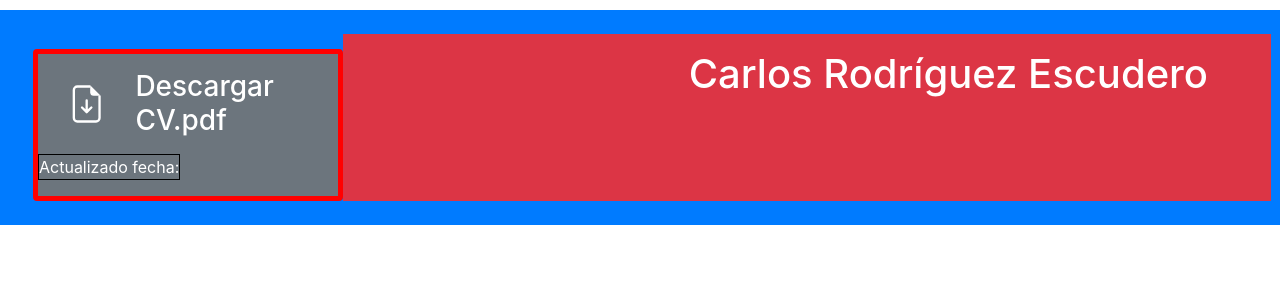
Repository: CarlosRoEs/CarlosWebCV
Page: index.html
These files come from the project's save history. The page is drawn as it stood at one moment and after a run of saves; the edit follows.
The browser window is 1280 px wide. The pictures show the whole page.
The style sheet was rebuilt from its Sass, Less or Tailwind sources for each picture, by a compiler version that may differ from the author's.

Above is the page before, as saved 2020-09-15 13:22:17.

After the next 3 saves:
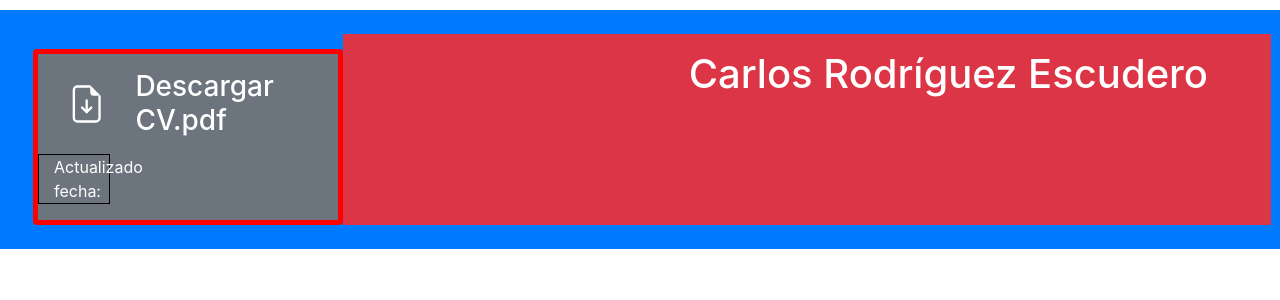
The 3 saves are shown as one change because they came seconds apart.
The last was saved 8 s later.
--- a/index.html
+++ b/index.html
@@ -30,7 +30,7 @@
                                 <h3 id="h3-header" class="col-9 mt-3 text-left text-white">Descargar CV.pdf</h3>
 
                                 <div class="row">
-                                    <p class=" text-white">Actualizado fecha:</p>
+                                    <p class="col-5 text-white">Actualizado fecha:</p>
                                 </div>
                             </a>
                         </div>

After the 2 saves that followed:
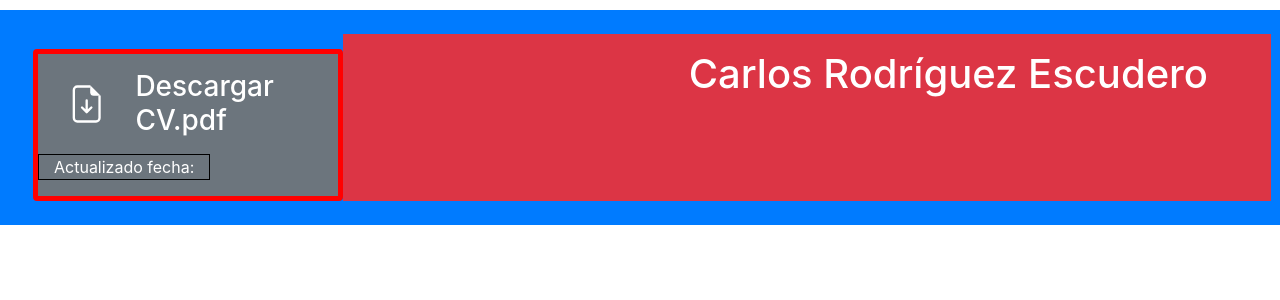
The 2 saves are shown as one change because they came seconds apart.
The last was saved 9 s later.
--- a/index.html
+++ b/index.html
@@ -30,7 +30,7 @@
                                 <h3 id="h3-header" class="col-9 mt-3 text-left text-white">Descargar CV.pdf</h3>
 
                                 <div class="row">
-                                    <p class="col-5 text-white">Actualizado fecha:</p>
+                                    <p class="col-12 text-white">Actualizado fecha:</p>
                                 </div>
                             </a>
                         </div>
